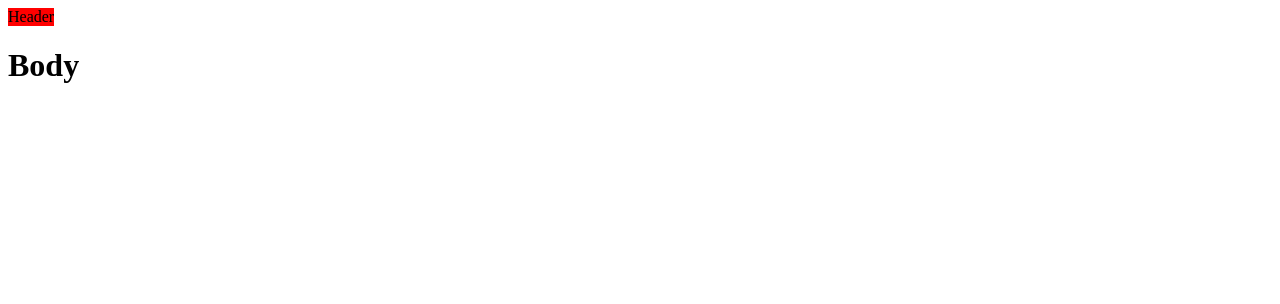
Repository: okuma0090/samurai_HTML-CSS
Page: index.html
The author's editor kept a record of every edit. The page is drawn from the files as they stood at one moment, then again after the next edit.
The browser window is 1280 px wide. The pictures show the whole page.

Above is the page before.

### index.html
<html lang="ja">
    <head>
    <style>
       header{
           background-color:red;
           position:fixed;
       }
       footer{
           background-color:blue;
       }
       .size{
           height:200px;
       }
    </style>
    </head>
<body>
    <header>
        Header
    </header>
   <div id="header">
       Header
       </div>
<h1 class="size">Body</h1>
</body>
</html>

After the next edit:
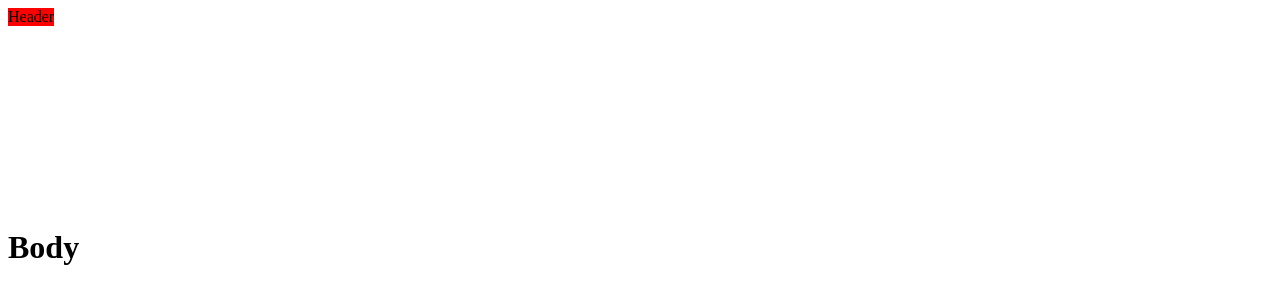
The edit:
--- a/index.html
+++ b/index.html
@@ -17,7 +17,7 @@
     <header>
         Header
     </header>
-   <div id="header">
+   <div class="size">
        Header
        </div>
 <h1 class="size">Body</h1>
